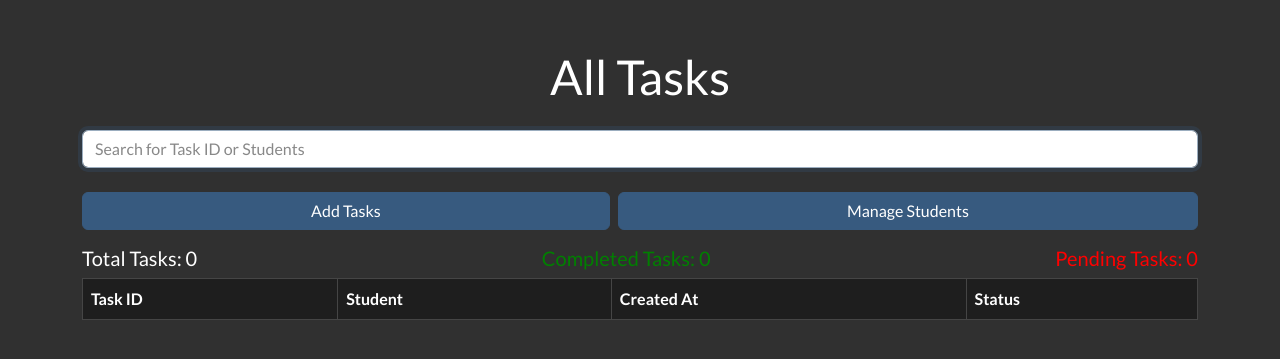
Repository: udaradhananjaya/preventive-calculator
Page: renderer/tasks.html
These files come from the project's save history. The page is drawn as it stood at one moment and after the next save; the edit follows.
The browser window is 1280 px wide. The pictures show the whole page.
Some web libraries are served in a nearby version.

Above is the page before, as saved 2025-08-06 15:45:56.
Console error: TypeError: Cannot read properties of undefined (reading 'getTasks')

After the next save:
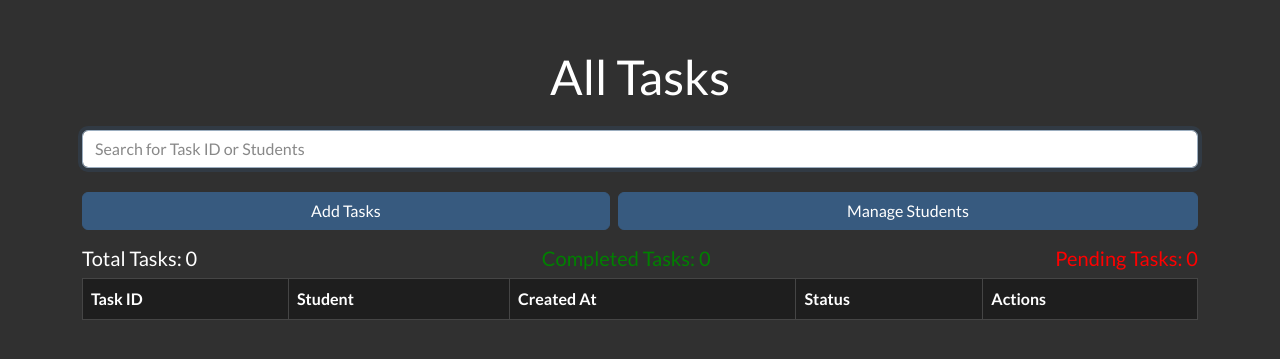
Saved 4 days later.
--- a/renderer/tasks.html
+++ b/renderer/tasks.html
@@ -65,6 +65,7 @@
             <th style="background-color: rgb(30, 30, 30); color: white;">Student</th>
             <th style="background-color: rgb(30, 30, 30); color: white;">Created At</th>
             <th style="background-color: rgb(30, 30, 30); color: white;">Status</th>
+            <th style="background-color: rgb(30, 30, 30); color: white;">Actions</th>
           </tr>
         </thead>
         <tbody id="allTasksTable">
